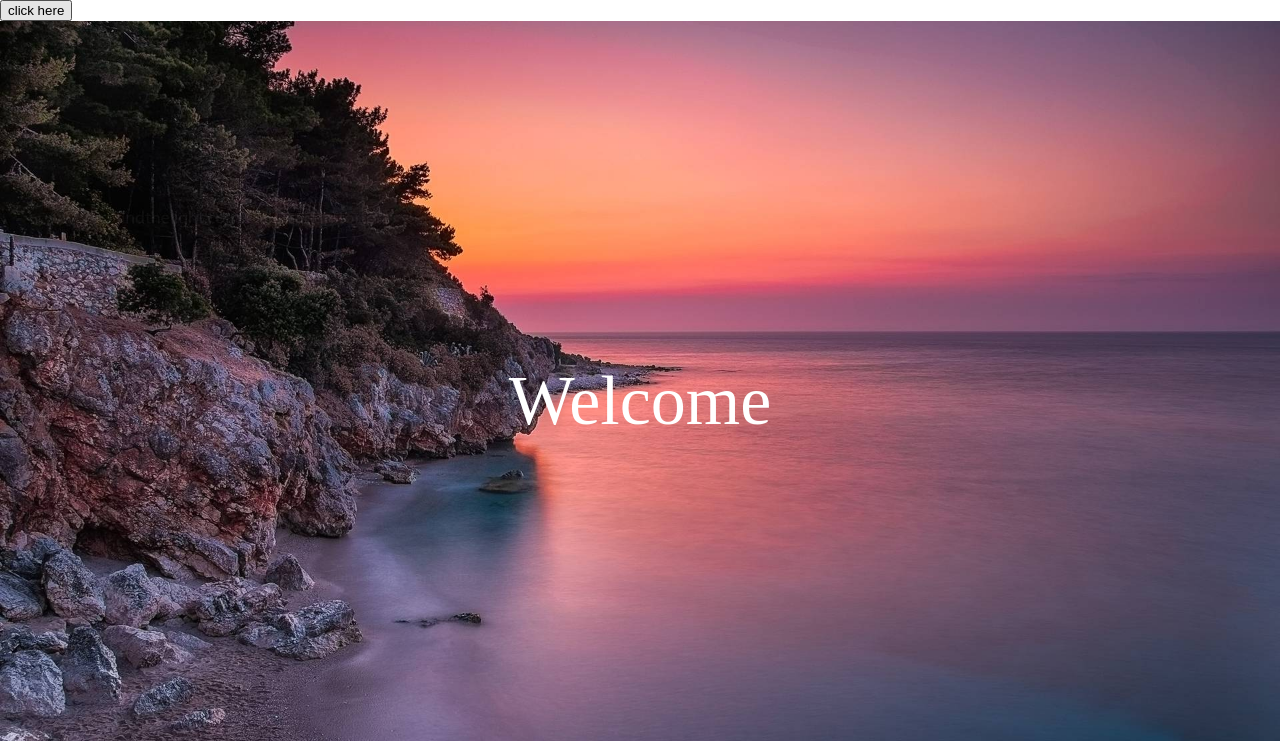
Repository: Berilinanir/Login-Logout-System
Page: http://localhost/Loginn/successs.jsp
An editor plug-in stored every save of this project. The page is shown before and after the next save, followed by the edit.
The browser window is 1280 px wide. The pictures show the whole page.
The page is served by Tomcat 9.

Above is the page before, as saved 2018-10-13 16:05:19.

After the next save:
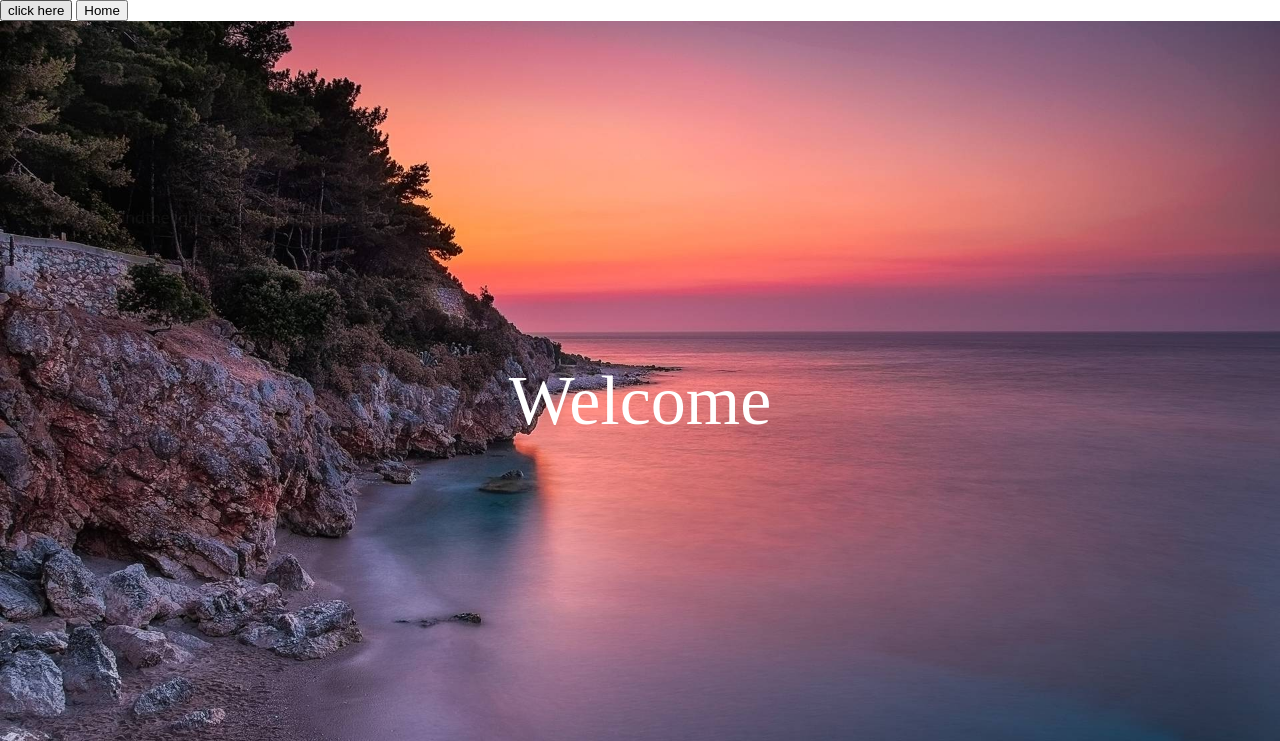
Saved 2 min 40 s later.
--- a/Loginn/WebContent/successs.jsp
+++ b/Loginn/WebContent/successs.jsp
@@ -26,7 +26,13 @@
 
   </slider>
 
+        <button id="myButton" class="float-left submit-button" >Home</button>
 
+     <script type="text/javascript">
+      document.getElementById("myButton").onclick = function () {
+        location.href = "logout.jsp";
+    };
+</script>
 
 
 
